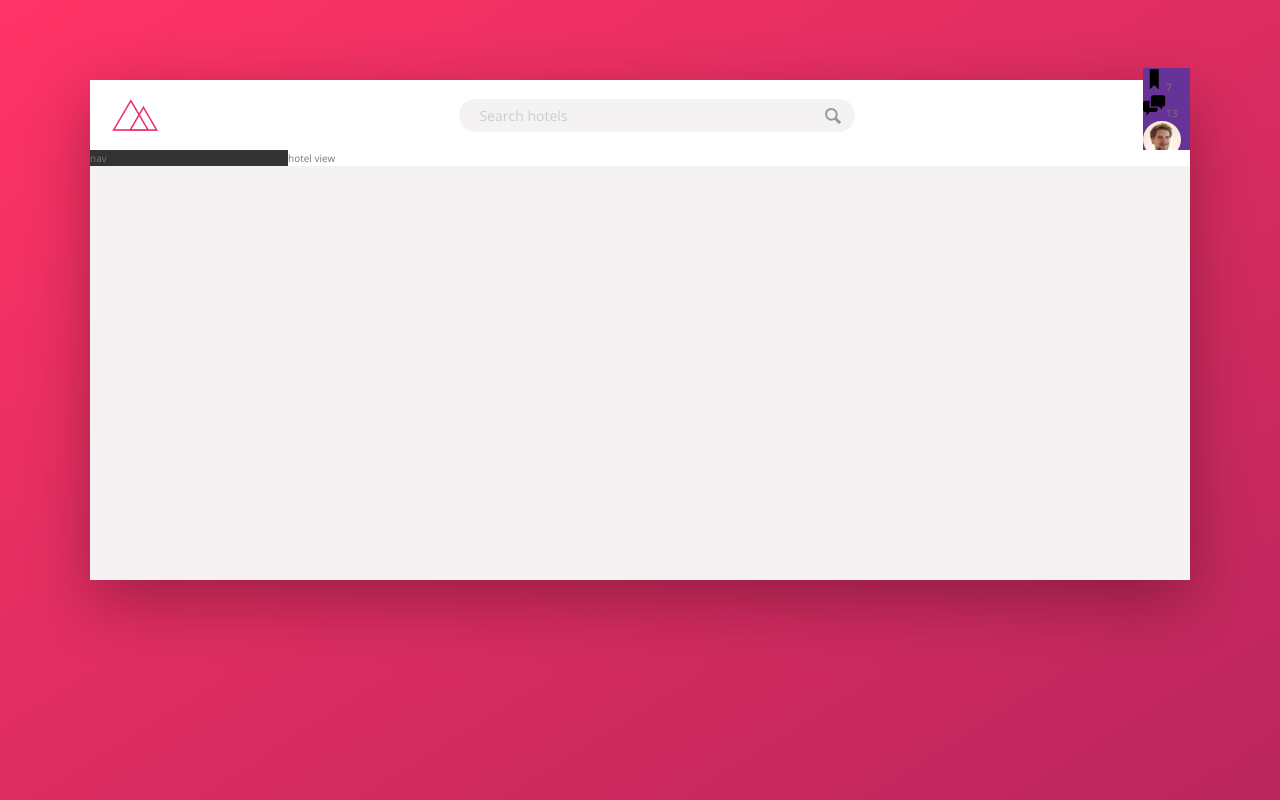
Repository: ajayaj2001/modern-Hotel
Page: /
An editor plug-in stored every save of this project. The page is shown before and after the next save, followed by the edit.
The browser window is 1280 px wide. The pictures show the whole page.
The project was rebuilt for these pictures with package versions that can differ from the ones it lists, and the page was loaded fresh each time.

Above is the page before, as saved 2020-12-13 12:04:14.

### public/index.html
<!DOCTYPE html>
<html lang="en">

<head>
  <meta charset="utf-8" />
  <link rel="icon" href="%PUBLIC_URL%/favicon.ico" />
  <meta name="viewport" content="width=device-width, initial-scale=1" />
  <meta name="theme-color" content="#000000" />
  <meta name="description" content="Web site created using create-react-app" />
  <link rel="apple-touch-icon" href="%PUBLIC_URL%/logo192.png" />
  <link rel="preconnect" href="https://fonts.gstatic.com">
  <link href="https://fonts.googleapis.com/css2?family=Open+Sans:wght@300;400;600&display=swap" rel="stylesheet">
  <!--
      manifest.json provides metadata used when your web app is installed on a
      user's mobile device or desktop. See https://developers.google.com/web/fundamentals/web-app-manifest/
    -->
  <link rel="manifest" href="%PUBLIC_URL%/manifest.json" />
  <!--
      Notice the use of %PUBLIC_URL% in the tags above.
      It will be replaced with the URL of the `public` folder during the build.
      Only files inside the `public` folder can be referenced from the HTML.

      Unlike "/favicon.ico" or "favicon.ico", "%PUBLIC_URL%/favicon.ico" will
      work correctly both with client-side routing and a non-root public URL.
      Learn how to configure a non-root public URL by running `npm run build`.
    -->
  <title>React App</title>
</head>

<body>
  <noscript>You need to enable JavaScript to run this app.</noscript>
  <div id="root"></div>
  <!--
      This HTML file is a template.
      If you open it directly in the browser, you will see an empty page.

      You can add webfonts, meta tags, or analytics to this file.
      The build step will place the bundled scripts into the <body> tag.

      To begin the development, run `npm start` or `yarn start`.
      To create a production bundle, use `npm run build` or `yarn build`.
    -->
</body>

</html>

### src/index.js
import React from 'react';
import ReactDOM from 'react-dom';
import './index.scss';
import App from '../src/app/App';

ReactDOM.render(
  <React.StrictMode>
    <App />
  </React.StrictMode>,
  document.getElementById('root')
);

### src/index.scss
@import "../src/scss/reuse.scss";
* {
  margin: 0;
  padding: 0;
}
:root {
  --color-primary: #eb2f64;
  --color-primary-light: #ff3366;
  --color-primary-dark: #ba265d;

  --color-gray-light-1: #faf9f9;
  --color-gray-light-2: #f4f2f2;
  --color-gray-light-3: #f0eeee;
  --color-gray-light-4: #ccc;

  --color-gray-dark-1: #333;
  --color-gray-dark-2: #777;
  --color-gray-dark-3: #999;
}
*,
*::before,
*::after {
  box-sizing: inherit;
}
html {
  box-sizing: border-box;
  font-size: 62.5%; //1rem=10px 10px/16px=62.5%
}
body {
  font-family: "Open Sans", sans-serif;
  -webkit-font-smoothing: antialiased;
  -moz-osx-font-smoothing: grayscale;
  font-family: "Open Sans", sans-serif;
  font-weight: 400;
  line-height: 1.6;
  background-image: linear-gradient(to right bottom, var(--color-primary-light), var(--color-primary-dark));
  background-size: cover;
  background-repeat: no-repeat;
  min-height: 100vh;
  color: var(--color-gray-dark-2);
}

### src/app/App.js
import React from 'react';
import Header from '../header/Header';
import './App.scss';
function App() {
  return (
    <div className="container">
      <Header />
      <div className="content">
        <div className="sidebar">nav</div>
        <main className="hotel-view">
          hotel view
       </main>
      </div>
    </div>
  );
}

export default App;

### src/scss/reuse.scss
// variables

// $primary: #eb2f64;
// $primary-light: #ff3366;
// $primary-dark: #ba265d;

// $gray-light-1: #faf9f9;
// $gray-light-2: #f4f2f2;
// $gray-light-3: #f0eeee;

// $gray-dark-1: #333;
// $gray-dark-2: #777;
// $gray-dark-3: #999;

### src/header/Header.js
import React from 'react'
import './Header.scss';
import logo from '../img/logo.png';
import user from '../img/user.jpg';
import svg from '../img/sprite.svg'
const Header = () => {
    return (
        <div className="header">
            <img src={logo} alt="logo" className="logo" />

            <form action="#" className="search">
                <input type="text" className="search__input" placeholder="Search hotels" />
                <button className="search__button">
                    <svg className="search__icon">
                        <use xlinkHref={`${svg}#icon-magnifying-glass`}></use>
                    </svg>
                </button>
            </form>
            <nav className="user-nav">
                <div className="user-nav__icon-box">
                    <svg className="user-nav__icon">
                        <use xlinkHref={`${svg}#icon-bookmark`}></use>
                    </svg>
                    <span className="user-nav__notification">7</span>
                </div>
                <div className="user-nav__icon-box">
                    <svg className="user-nav__icon">
                        <use xlinkHref={`${svg}#icon-chat`}></use>
                    </svg>
                    <span className="user-nav__notification">13</span>
                </div>
                <div className="user-nav__user">
                    <img src={user} alt="user-profile" className="user-nav__user-photo" />
                    <span className="user-nav__user-name">AJ</span>
                </div>
            </nav>
        </div>
    )
}

export default Header

### src/app/App.scss
.container {
    max-width: 110rem;
    margin: 8rem auto;
    background-color: var(--color-gray-light-2);
    box-shadow: 0 2rem 6rem rgba(black, 0.3);
    min-height: 50rem;
}
.content {
    display: flex;
    background-color: aqua;
}
.sidebar {
    background-color: var(--color-gray-dark-1);
    flex: 0 0 18%;
}
.hotel-view {
    background-color: rgb(255, 255, 255);
    flex: 1;
}

### src/header/Header.scss
.header {
    height: 7rem;
    background-color: #fff;
    border-bottom: var(--color-gray-light-2);
    display: flex;
    justify-content: space-between;
    align-items: center;
}
.logo {
    height: 3.25rem;
    margin-left: 2.2rem;
}
.search {
    display: flex;
    flex: 0 0 40%;
    align-items: center;
    justify-content: center;

    &__input {
        font-family: inherit;
        font-size: 1.4rem;
        color: inherit;
        background-color: var(--color-gray-light-2);
        border: none;
        padding: 0.7rem 2rem;
        border-radius: 10rem;
        width: 90%;
        transition: all 0.3s;
        margin-right: -3.25rem;
        &:focus {
            outline: none;
            width: 100%;
            background-color: var(--color-gray-light-3);
        }
        &::-webkit-input-placeholder {
            font-weight: 100;
            color: var(--color-gray-light-4);
        }
    }
    &__input:focus + &__button {
        background-color: var(--color-gray-light-3);
    }
    &__button {
        height: 2.8rem;
        border: none;
        background-color: var(--color-gray-light-2);
        &:focus {
            outline: none;
        }
        &:active {
            transform: translateY(2px);
        }
    }
    &__icon {
        height: 3rem;
        width: 2rem;
        fill: var(--color-gray-dark-3);
    }
}

.user-nav {
    background-color: rebeccapurple;
    &__icon-box {
    }
    &__icon {
        height: 2.25rem;
        width: 2.25rem;
    }
    &__notification {
    }
    &__user {
    }
    &__user-photo {
        height: 3.75rem;
        border-radius: 50%;
    }
    &__user-name {
    }
}

After the next save:
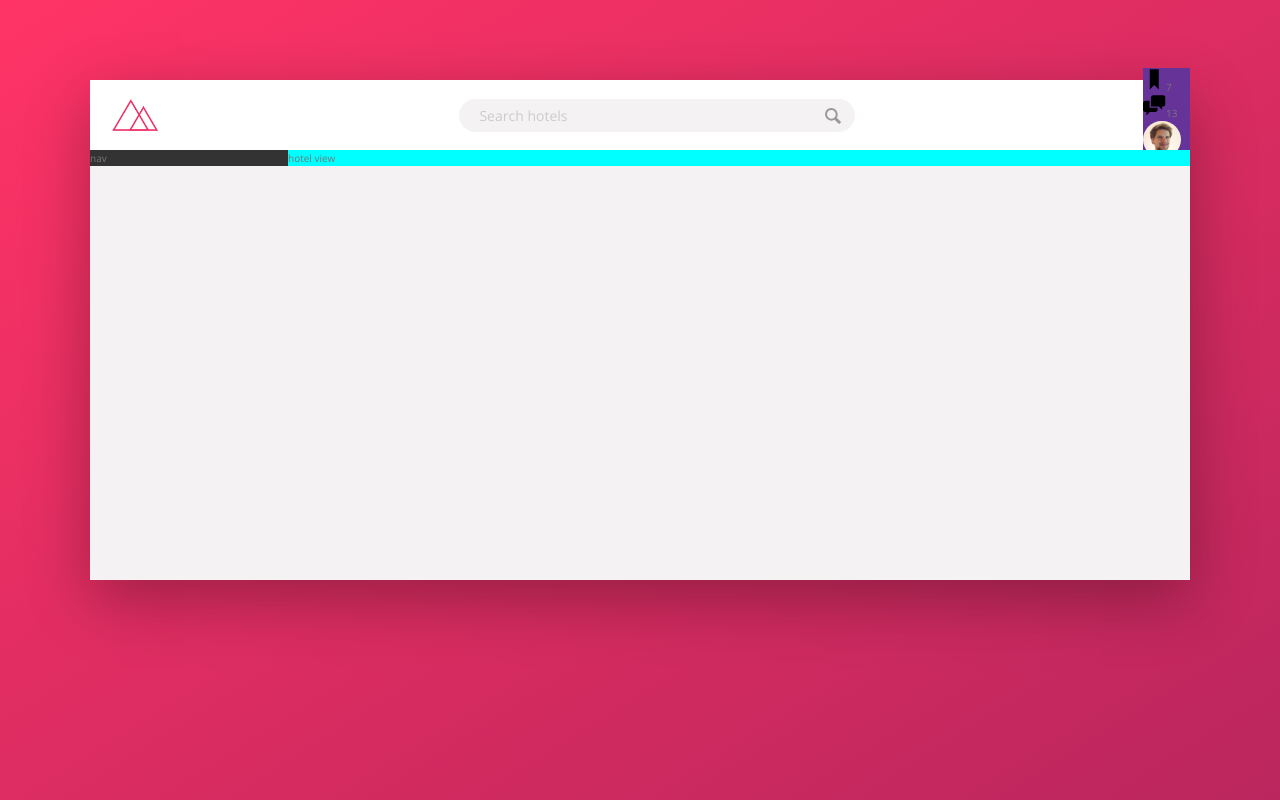
Saved 20 s later.
--- a/src/app/App.scss
+++ b/src/app/App.scss
@@ -7,13 +7,12 @@
 }
 .content {
     display: flex;
-    background-color: aqua;
 }
 .sidebar {
     background-color: var(--color-gray-dark-1);
     flex: 0 0 18%;
 }
 .hotel-view {
-    background-color: rgb(255, 255, 255);
+    background-color: aqua;
     flex: 1;
 }
